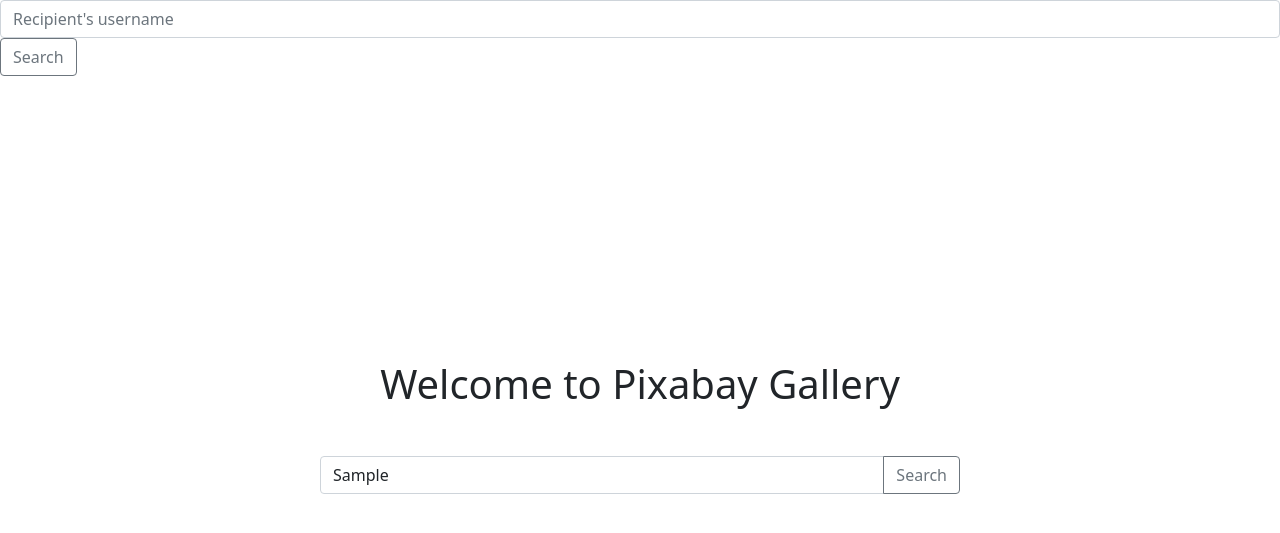
Repository: mehedi9465/PixaBay-Gallery
Page: index.html
The author's editor kept a copy of each file at every save. The page is drawn from the files as they stood at one save, then again after the next save.
The browser window is 1280 px wide. The pictures show the whole page.
Empty fields were first filled with sample values (such as "Sample", 5 or name@example.com).
After loading, the first visible `#button-addon3` was clicked once.
The page's requests for data from a server got no answer.

Above is the page before, as saved 2023-05-09 15:22:51.

### index.html
<!DOCTYPE html>
<html lang="en">
  <head>
    <meta charset="UTF-8" />
    <meta http-equiv="X-UA-Compatible" content="IE=edge" />
    <meta name="viewport" content="width=device-width, initial-scale=1.0" />
    <title>Pixabay</title>
    <link
      rel="shortcut icon"
      href="https://pixabay.com/favicon-32x32.png"
      type="image/x-icon"
    />
    <link
      href="https://cdn.jsdelivr.net/npm/bootstrap@5.1.1/dist/css/bootstrap.min.css"
      rel="stylesheet"
      integrity="sha384-F3w7mX95PdgyTmZZMECAngseQB83DfGTowi0iMjiWaeVhAn4FJkqJByhZMI3AhiU"
      crossorigin="anonymous"
    />
    <script
      src="https://cdn.jsdelivr.net/npm/bootstrap@5.1.1/dist/js/bootstrap.bundle.min.js"
      integrity="sha384-/bQdsTh/da6pkI1MST/rWKFNjaCP5gBSY4sEBT38Q/9RBh9AH40zEOg7Hlq2THRZ"
      crossorigin="anonymous"
    ></script>
    <link rel="stylesheet" href="css/style.css" />
  </head>
  <body>
    <main>
      <div id="permanentTxt" class="input-group mt-5 mb-5 w-50 mx-auto overflow-hidden d-none">
        <input
          type="text"
          class="form-control"
          placeholder="Recipient's username"
          aria-label="Recipient's username"
          aria-describedby="button-addon2"
          id="InputField"
        />
        <button
          class="btn btn-outline-secondary"
          type="button"
          id="button-addon2"
        >
          Search
        </button>
      </div>

      <div id="welcomeTxt" class="position-relative" style="height: 80vh">
        <div
          class="text-center position-absolute start-0 end-0 top-50 bottom-50"
        >
          <h1>Welcome to Pixabay Gallery</h1>
          <div class="input-group mt-5 mb-5 w-50 mx-auto overflow-hidden">
            <input
              type="text"
              class="form-control"
              placeholder="Recipient's username"
              aria-label="Recipient's username"
              aria-describedby="button-addon2"
              id="InputField"
            />
            <button
              class="btn btn-outline-secondary"
              type="button"
              id="button-addon3"
            >
              Search
            </button>
          </div>
        </div>
      </div>
      <div
        id="details"
        class="text-center mb-5 position-relative overflow-auto"
      ></div>

      <div
        id="image-Container"
        class="row row-cols-1 row-cols-md-4 g-4 overflow-hidden"
      ></div>
    </main>

    <!-- <main>
      <div class="position-relative" style="height: 80vh">
        <div
          class="text-center fs-1 position-absolute top-50 bottom-50 start-0 end-0 m-auto"
        >
          <h1 id="welcometxt" class="text-center fs-1">
            Welcome to Pixabay Gallery
          </h1>
          <div class="input-group mt-5 mb-5 w-50 mx-auto overflow-hidden">
            <input
              type="text"
              class="form-control"
              placeholder="Recipient's username"
              aria-label="Recipient's username"
              aria-describedby="button-addon2"
              id="InputField"
            />
            <button
              class="btn btn-outline-secondary"
              type="button"
              id="button-addon2"
            >
              Search
            </button>
          </div>
        </div>
      </div>

      <div
        id="details"
        class="text-center mb-5 position-relative overflow-auto"
      ></div>

      <div
        id="image-Container"
        class="row row-cols-1 row-cols-md-4 g-4 overflow-hidden"
      ></div>
    </main> -->

    <script src="js/script.js"></script>
  </body>
</html>

### css/style.css
.col img{
    width: 450px;
    height: 350px;
    object-fit: cover;
}

### js/script.js
const KEY = "12991928-c7c6409774c494db9971343c7";
let dataList = [];

const getData = (query) => {
  fetch(
    `https://pixabay.com/api/?key=${KEY}&q=${query}&image_type=photo&pretty=true`
  )
    .then((response) => response.json())
    .then((data) => loadData(data.hits))
    .catch((err) => console.log(err));
};

document.getElementById("button-addon2").addEventListener("click", () => {
  const inputValue = document.getElementById("InputField").value;
  getData(inputValue);
});

document.getElementById("button-addon3").addEventListener("click", () => {
  const inputValue = document.getElementById("InputField").value;
  getData(inputValue);
  document.getElementById("welcomeTxt").removeAttribute("class", "d-none");
  document.getElementById("permanentTxt").removeAttribute("class", "d-none");
});

const loadData = (datas) => {
  dataList = [...datas];
  if (datas.length === 0) {
    alert("No result found");
    return;
  }
  const imageContainer = document.getElementById("image-Container");
  imageContainer.innerHTML = "";
  datas.forEach((data) => {
    let imgSerial = datas.indexOf(data);
    const appendDiv = document.createElement("div");
    appendDiv.innerHTML = `
        <div id="image" class="col text-center" onclick="loadDetails('${data.largeImageURL}', '${imgSerial}')">
            <img src="${data.largeImageURL}" class="card-img-top" alt="...">
        </div>
        `;
    imageContainer.appendChild(appendDiv);
  });
};

const detailDiv = document.getElementById("details");

document.getElementById("InputField").addEventListener("click", () => {
  document.getElementById("InputField").value = "";
});

const loadDetails = (data, imgSerial) => {
  // console.log(imgSerial);
  const img = document.createElement("img");
  img.setAttribute("src", data);

  const nextBTN = document.createElement("span");
  // nextBTN.innerHTML = `<button class="btn btn-secondary border-0 outline-0">Next</button>`
  nextBTN.innerHTML = `<img src="https://cdn-icons-png.flaticon.com/512/892/892528.png" width='80' class="position-absolute end-0 top-50 bottom-50 m-auto cursor-pointer" alt="..." onclick="onNext('${imgSerial}')" />`;

  const prevBTN = document.createElement("span");
  // prevBTN.innerHTML = `<button class="btn btn-secondary border-0 outline-0">Prev</button>`
  prevBTN.innerHTML = `<img src="https://cdn-icons-png.flaticon.com/512/892/892512.png" width='80' class="position-absolute start-0 top-50 bottom-50 m-auto cursor-pointer" alt="..." onclick="onPrev('${imgSerial}')" />`;

  detailDiv.innerHTML = "";
  detailDiv.append(prevBTN);
  detailDiv.appendChild(img);
  detailDiv.append(nextBTN);
};

const onNext = (imgSerial) => {
  if (imgSerial >= 0 && imgSerial <= 18) {
    imgSerial++;
    const data = dataList[imgSerial];
    loadDetails(data.largeImageURL, imgSerial);
  } else if (imgSerial == 19) {
    imgSerial = 0;
    const data = dataList[imgSerial];
    loadDetails(data.largeImageURL, imgSerial);
  }
};

const onPrev = (imgSerial) => {
  if (imgSerial <= 19 && imgSerial >=1) {
    imgSerial--;
    const data = dataList[imgSerial];
    loadDetails(data.largeImageURL, imgSerial);
  } else if (imgSerial == 0) {
    imgSerial = 19;
    const data = dataList[imgSerial];
    loadDetails(data.largeImageURL, imgSerial);
  }
};

// const nextBTN = ' <span><img class="border-0 outline-0" src="https://cdn-icons-png.flaticon.com/512/892/892512.png" alt="Prev" width="200"></span>'
// const prevBTN = '<span><img src="https://cdn-icons-png.flaticon.com/512/892/892528.png" alt="Next" width="200"></span>'

After the next save:
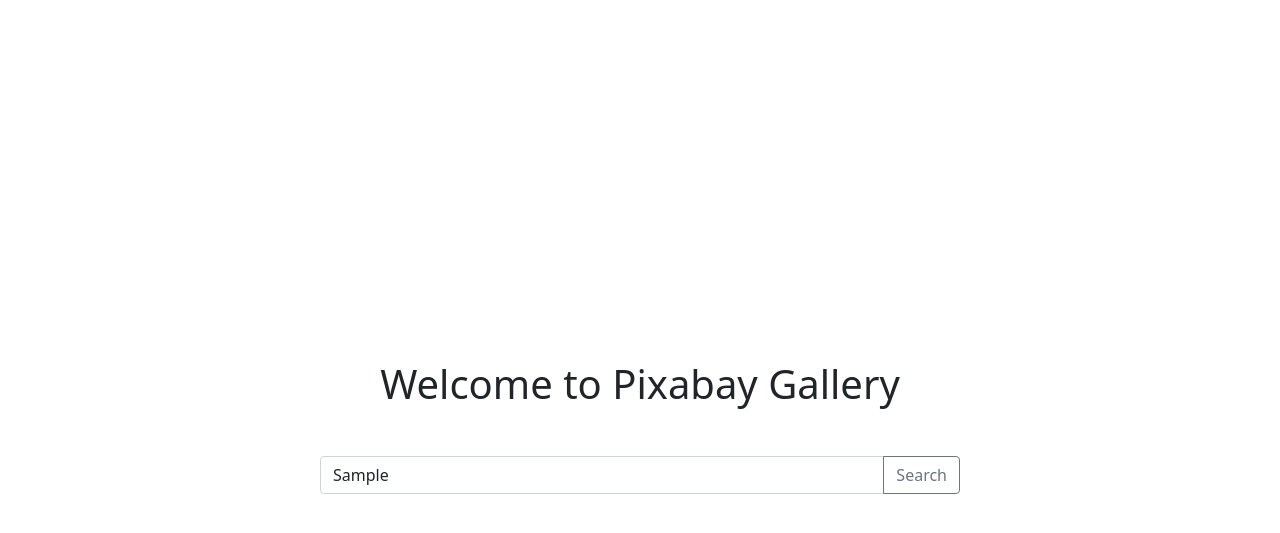
Saved 4 s later.
--- a/js/script.js
+++ b/js/script.js
@@ -19,7 +19,7 @@
   const inputValue = document.getElementById("InputField").value;
   getData(inputValue);
   document.getElementById("welcomeTxt").removeAttribute("class", "d-none");
-  document.getElementById("permanentTxt").removeAttribute("class", "d-none");
+  document.getElementById("permanentTxt").setAttribute("class", "d-none");
 });
 
 const loadData = (datas) => {
